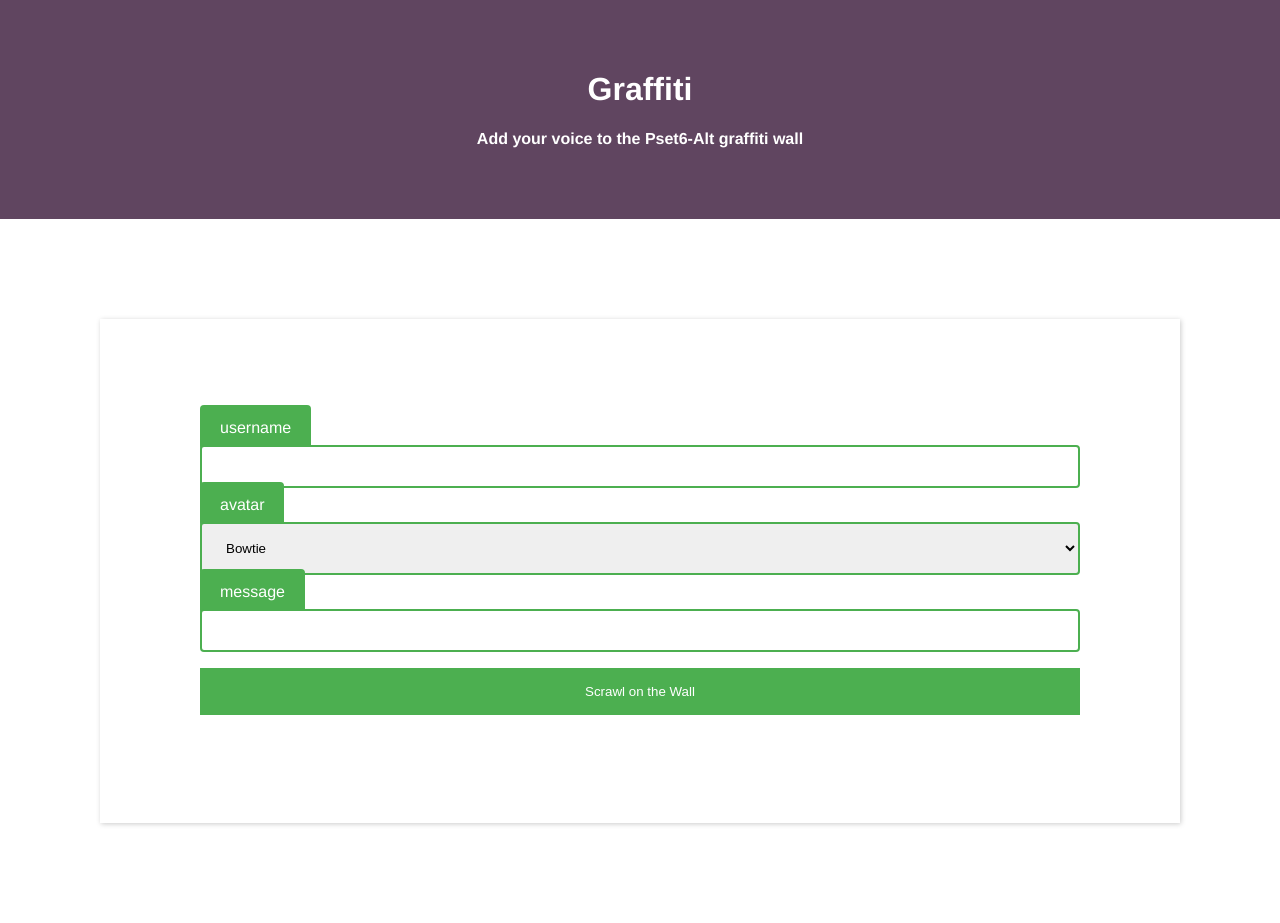
Repository: egniebauer/cs50x-LaunchCode
Page: pset-graffitiwall/graffiti.html
The author's editor kept a record of every edit. The page is drawn from the files as they stood at one moment, then again after the next edit.
The browser window is 1280 px wide. The pictures show the whole page.
Some web libraries are served in a nearby version.

Above is the page before.

### pset-graffitiwall/graffiti.html
<!DOCTYPE html>
<html>
<head>
    <title>Graffiti</title>
    <link rel="stylesheet" type="text/css" href="styles.css" />
</head>
<body>
    <div class="heading">
        <h1>Graffiti</h1>
        <h4>Add your voice to the Pset6-Alt graffiti wall</h4>
    </div>

    <div class="card">

        <!-- Don't change the id. Our JS script below is looking for "slackForm". -->
        <form id="slackForm" action="https://hooks.slack.com/services/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" method="POST">

            <!-- TODO: add the necessary fields, action, submit button, etc -->
            <label for="username">username</label><br />
            <input type="text" name="username"/><br />

            <label for="avatar">avatar</label><br />
            <select name="avatar">
                <option value=":bowtie:">Bowtie</option>
                <option value=":muscle:">Muscle</option>
                <option value=":eyes:">Eyes</option>
                <option value=":baby_chick:">Baby Chick</option>
                <option value=":sushi:">Sushi</option>
                <option value=":moyai:">Moyai</option>
            </select><br />

            <label for="message">message</label><br />
            <input type="text" name="text"/><br />

            <input type="submit" value="Scrawl on the Wall">

        </form>
    </div>

    <!-- here we include some javascript: first a few libraries... -->
    <script src="https://ajax.googleapis.com/ajax/libs/jquery/1.8.3/jquery.min.js"></script>
    <script src="http://code.jquery.com/ui/1.9.2/jquery-ui.js"></script>

    <!-- ...and then our own script -->
    <script type="text/javascript">

        // first get a reference to the form
        var slackForm = document.getElementById("slackForm");

        // right before the form submits, execute the function called populatePayloadField
        slackForm.onsubmit = populatePayloadField;

        function populatePayloadField() {
            // convert form fields into a JSON string
            var formData = getFormData();
            delete formData.payload;
            jsonString = JSON.stringify(formData);

            // create a new hidden input and add it to the form
            var payloadInput = document.createElement("input");
            payloadInput.setAttribute("type", "hidden");
            payloadInput.setAttribute("name", "payload");
            payloadInput.setAttribute("value", jsonString);
            console.log(payloadInput);
            slackForm.appendChild(payloadInput);
            console.log(slackForm);
        }

        // a helper function to return a javascript object containing all the form's fields
        function getFormData() {
            var object = {};
            var fields = $("#slackForm").serializeArray();
            for (var i = 0; i < fields.length; i++) {
                var field = fields[i];
                object[field.name] = field.value;
            }
            return object;
        }
    </script>

</body>
</html>

### pset-graffitiwall/styles.css
body {
    margin: 0;
    font-size: 16px;
    font-family: helvetica;
}

.card {
    margin: 100px;
    padding: 100px;
    box-shadow: 1px 1px 5px #ccc;
}

.heading {
    padding: 50px;
    color: white;
    background: #604560;
    text-align: center;
}

input[type=text] {
    border: 2px solid #4CAF50;
    border-radius: 4px;
    width: 100%;
    padding: 12px 20px;
    margin: 8px 0;
    box-sizing: border-box;
    display: inline-block;
}

select {
    border: 2px solid #4CAF50;
    border-radius: 4px;
    width: 100%;
    padding: 16px 20px;
    margin: 8px 0;
    box-sizing: border-box;
}

input[type=button], input[type=submit], input[type=reset] {
    background-color: #4CAF50;
    border: none;
    color: white;
    padding: 16px 20px;
    text-decoration: none;
    margin: 8px 0;
    cursor: pointer;
    width: 100%;
}

label {
    background-color: #4CAF50;
    border: none;
    color: white;
    padding: 14px 20px;
    /*text-decoration: none;*/
    margin: 32px 0;
    border-radius: 4px;
}

After the next edit:
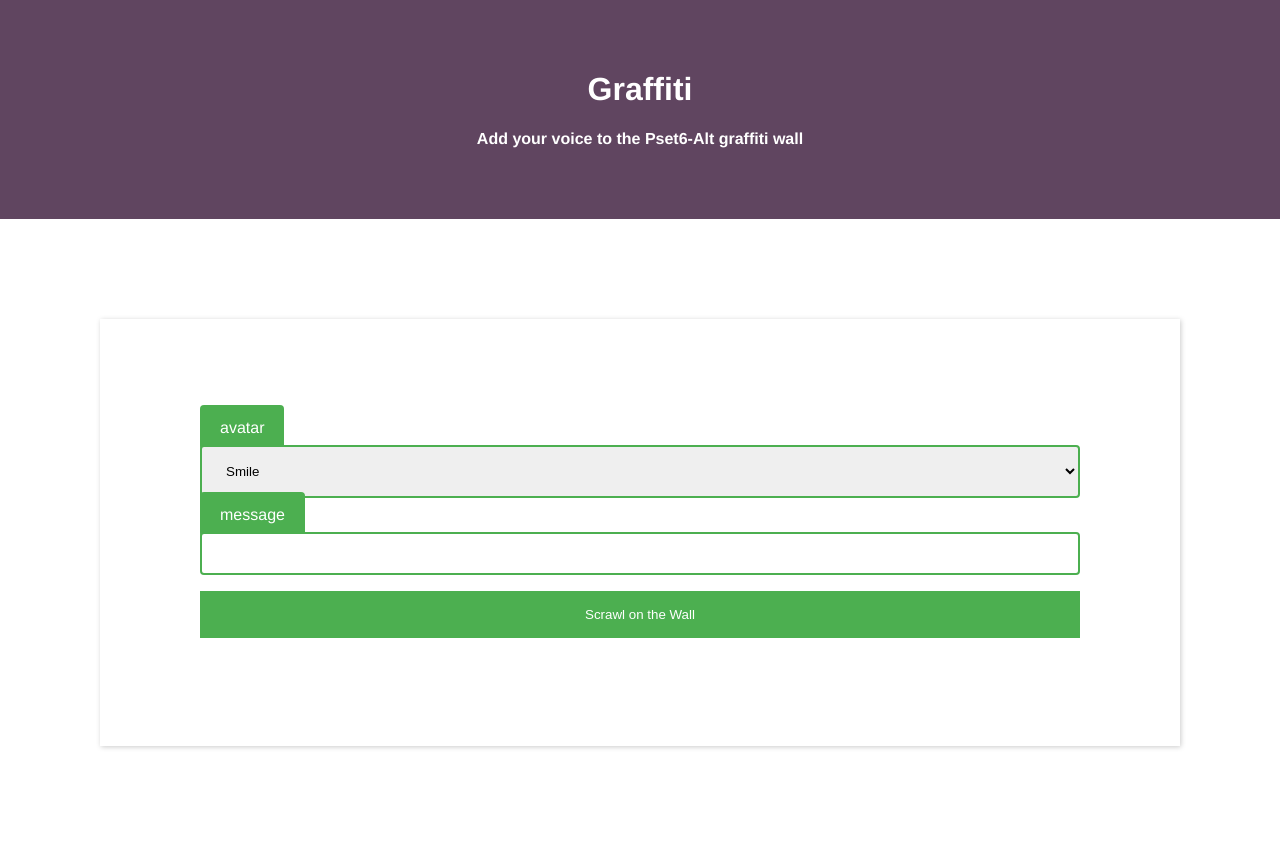
The edit:
--- a/pset-graffitiwall/graffiti.html
+++ b/pset-graffitiwall/graffiti.html
@@ -16,12 +16,12 @@
         <form id="slackForm" action="https://hooks.slack.com/services/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" method="POST">
 
             <!-- TODO: add the necessary fields, action, submit button, etc -->
-            <label for="username">username</label><br />
-            <input type="text" name="username"/><br />
+            <!--<label for="username">username</label><br />-->
+            <!--<input type="text" name="username"/><br />-->
 
             <label for="avatar">avatar</label><br />
-            <select name="avatar">
-                <option value=":bowtie:">Bowtie</option>
+            <select name="icon_emoji">
+                <option value=":smile:">Smile</option>
                 <option value=":muscle:">Muscle</option>
                 <option value=":eyes:">Eyes</option>
                 <option value=":baby_chick:">Baby Chick</option>

After the edit that followed:
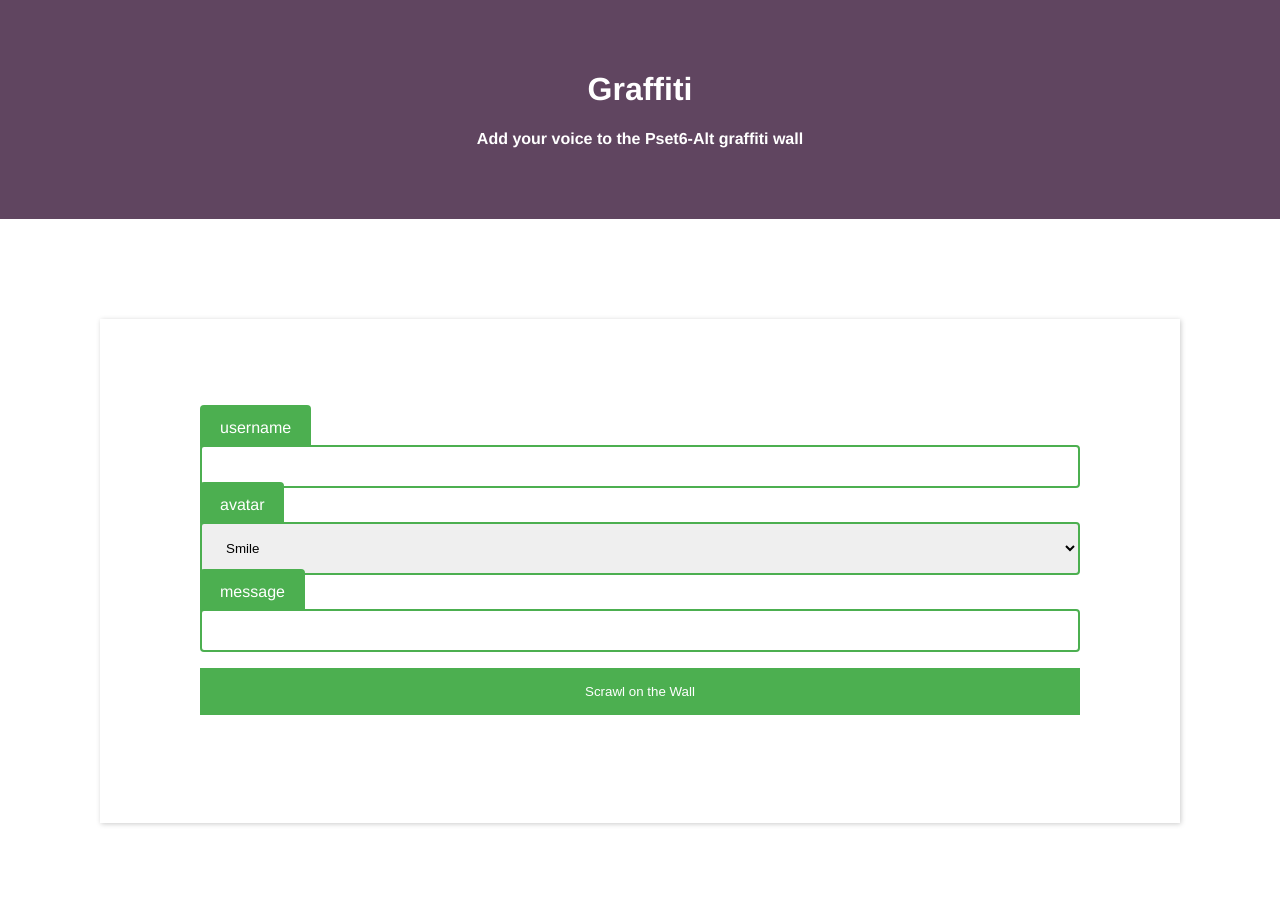
The edit:
--- a/pset-graffitiwall/graffiti.html
+++ b/pset-graffitiwall/graffiti.html
@@ -16,8 +16,8 @@
         <form id="slackForm" action="https://hooks.slack.com/services/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" method="POST">
 
             <!-- TODO: add the necessary fields, action, submit button, etc -->
-            <!--<label for="username">username</label><br />-->
-            <!--<input type="text" name="username"/><br />-->
+            <label for="username">username</label><br />
+            <input type="text" name="username"/><br />
 
             <label for="avatar">avatar</label><br />
             <select name="icon_emoji">
